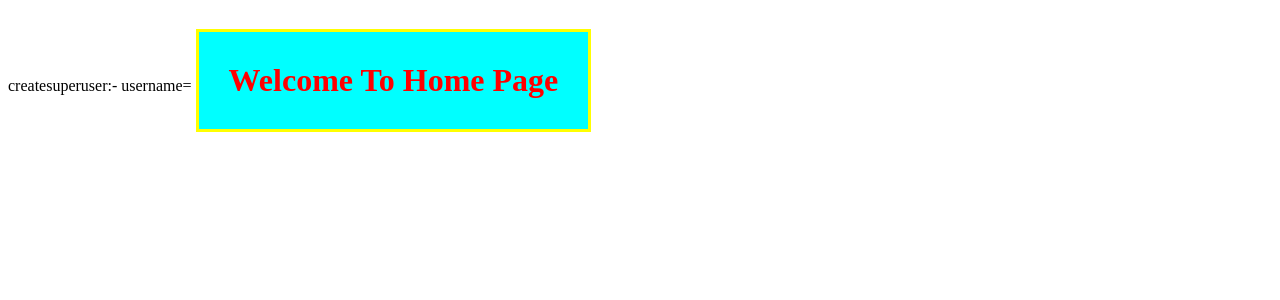
Repository: Raviteja6671/Django
Page: http://localhost/home/
The author's editor kept a copy of each file at every save. The page is drawn from the files as they stood at one save, then again after a run of saves.
The browser window is 1280 px wide. The pictures show the whole page.
The page is served by the project's application, run on Django 5.2 (myProject/manage.py).

Above is the page before, as saved 2025-12-07 19:51:40.

After the next 5 saves:
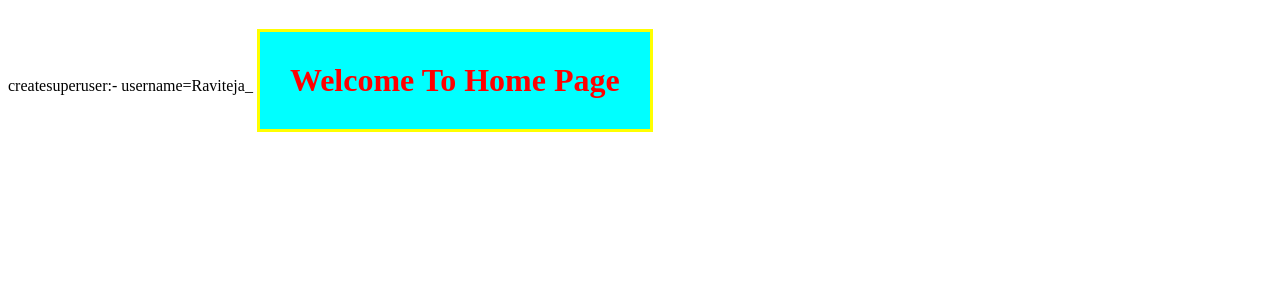
The 5 saves are shown as one change because they came seconds apart.
The last was saved 9 s later.
--- a/myProject/basic/templates/home.html
+++ b/myProject/basic/templates/home.html
@@ -14,7 +14,7 @@
         }
     </style>
     createsuperuser:-
-    username=
+    username=Raviteja_
 </head>
 <body>
     <h1>Welcome To Home Page</h1>
